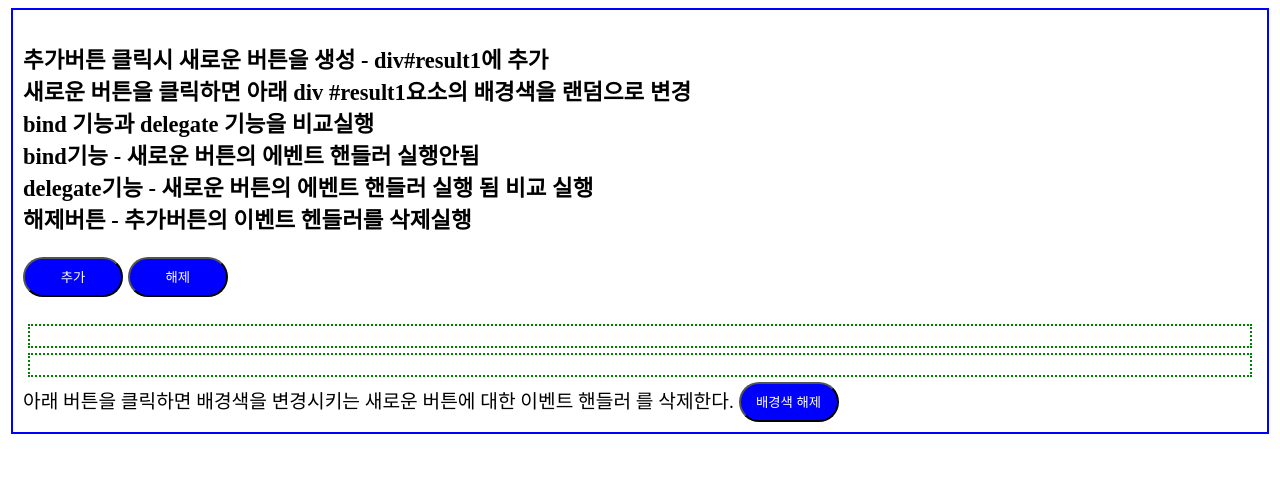
Repository: patternlobe-stack/MY_repository
Page: webpro/src/main/webapp/0617/이벤트메소드.html
These files come from the project's save history. The page is drawn as it stood at one moment and after the next save; the edit follows.
The browser window is 1280 px wide. The pictures show the whole page.

Above is the page before, as saved 2025-09-17 05:22:13.

After the next save:
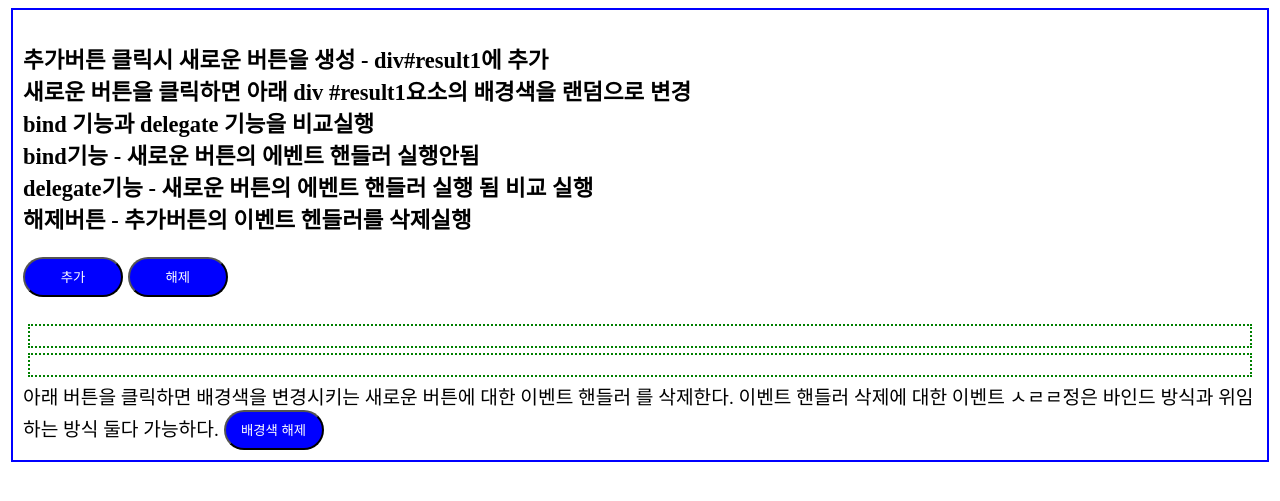
Saved 3 min 2 s later.
--- a/webpro/src/main/webapp/0617/이벤트메소드.html
+++ b/webpro/src/main/webapp/0617/이벤트메소드.html
@@ -35,6 +35,10 @@ $(() => {
 		$('#result2').css('background', `rgb(${cr},${cg},${cb} `);
    })
 
+   $('#cstop').on('click', function(){
+
+   })
+
 });
 
 
@@ -61,6 +65,7 @@ $(() => {
       <div id="result1"></div>
       <div id="result2"></div>
       아래 버튼을 클릭하면 배경색을 변경시키는 새로운 버튼에 대한 이벤트 핸들러 를 삭제한다.
+      이벤트 핸들러 삭제에 대한 이벤트 ㅅㄹㄹ정은 바인드 방식과 위임하는 방식 둘다 가능하다.
        <input type="button" value="배경색 해제"  id="cstop"/>
 
 </div>
